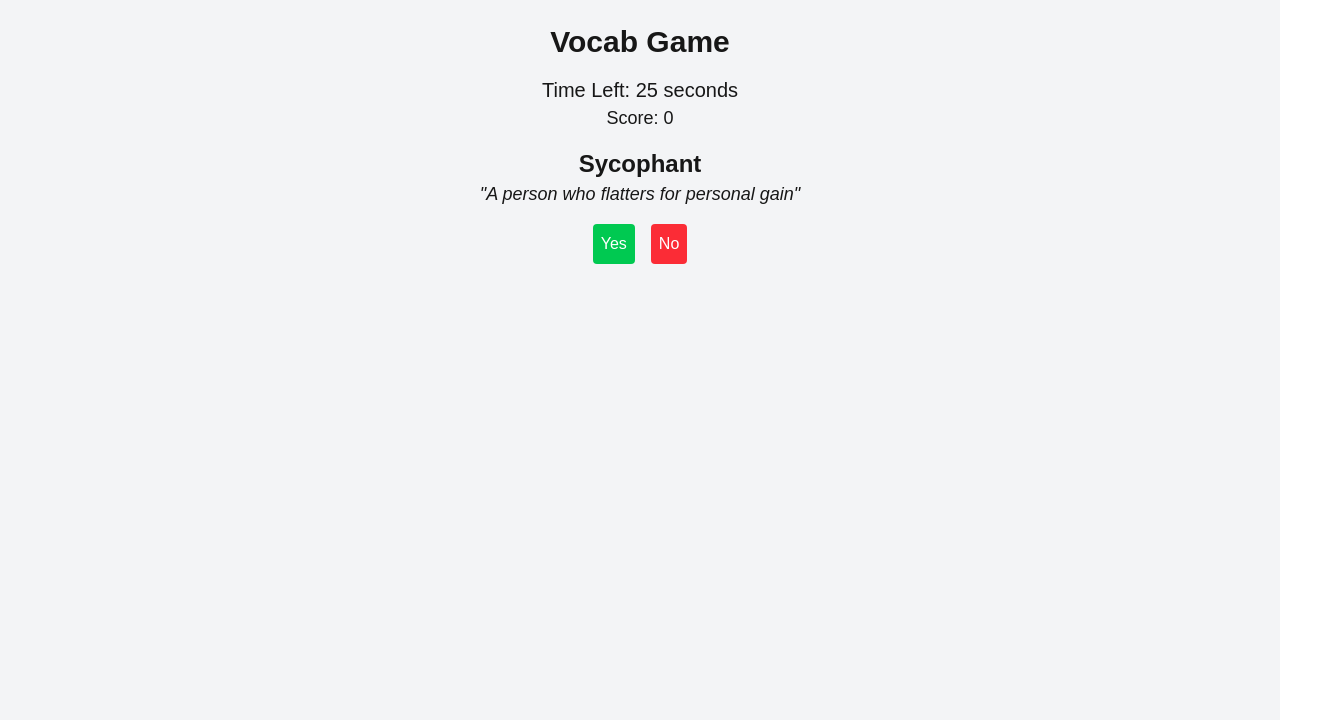
Repository: oxniw/bio-vocab
Page: /game
The author's editor kept a copy of each file at every save. The page is drawn from the files as they stood at one save, then again after a run of saves.
The browser window is 1280 px wide. The page is 1280 px wide, then 1340 px, then 1280 px, so the pictures cover 1340 px, including what lies to the right of the window. The pictures show the whole page.
The project was rebuilt for these pictures with package versions that can differ from the ones it lists, and the page was loaded fresh each time. The framework's server and built-in components were replaced by stand-ins that run in the browser. Also part of the build but not shown: next.config.ts.

Above is the page before, as saved 2025-04-03 22:11:20.

### src/app/game/page.jsx
'use client';

import { useState, useEffect } from 'react';

const words = [
  { word: 'Ephemeral', definition: 'Lasting a very short time' },
  { word: 'Tenacious', definition: 'Holding fast; persistent' },
  { word: 'Ineffable', definition: 'Too great to be expressed in words' },
  { word: 'Sycophant', definition: 'A person who flatters for personal gain' },
  { word: 'Pernicious', definition: 'Having a harmful effect' }
];

export default function VocabGame() {
  const [currentWord, setCurrentWord] = useState('');
  const [currentDef, setCurrentDef] = useState('');
  const [score, setScore] = useState(0);
  const [timeLeft, setTimeLeft] = useState(30);
  const [gameOver, setGameOver] = useState(false);

  useEffect(() => {
    startGame();
  }, []);

  useEffect(() => {
    if (timeLeft > 0) {
      const timer = setTimeout(() => setTimeLeft(timeLeft - 1), 1000);
      return () => clearTimeout(timer);
    } else {
      setGameOver(true);
    }
  }, [timeLeft]);

  function getNewWord() {
    const wordObj = words[Math.floor(Math.random() * words.length)];
    const useCorrectDef = Math.random() > 0.5;
    setCurrentWord(wordObj.word);
    setCurrentDef(useCorrectDef ? wordObj.definition : words[Math.floor(Math.random() * words.length)].definition);
  }

  function startGame() {
    setScore(0);
    setTimeLeft(30);
    setGameOver(false);
    getNewWord();
  }

  function handleAnswer(isCorrect) {
    if (!gameOver) {
      const correctDef = words.find(w => w.word === currentWord).definition === currentDef;
      setScore(prev => prev + (correctDef === isCorrect ? 1 : -1));
      getNewWord();
    }
  }

  return (
    <div className="flex flex-col items-center p-6 bg-gray-100 min-h-screen ">

      <h1 className="text-3xl font-bold mb-4">Vocab Game</h1>
      <p className="text-xl">Time Left: {timeLeft} seconds</p>
      <p className="text-lg">Score: {score}</p>
      {gameOver ? (
        <button className="mt-4 p-2 bg-blue-500 text-white rounded" onClick={startGame}>
          Restart Game
        </button>
      ) : (
        <>
          <p className="text-2xl font-semibold mt-4">{currentWord}</p>
          <p className="text-lg italic mb-4">"{currentDef}"</p>
          <div className="flex gap-4">
            <button className="p-2 bg-green-500 text-white rounded" onClick={() => handleAnswer(true)}>
              Yes
            </button>
            <button className="p-2 bg-red-500 text-white rounded" onClick={() => handleAnswer(false)}>
              No
            </button>
          </div>
        </>
      )}
    </div>
  );
}

Loaded but not shown: src/app/layout.tsx (common file); src/app/globals.css (common file)

After the next 2 saves:
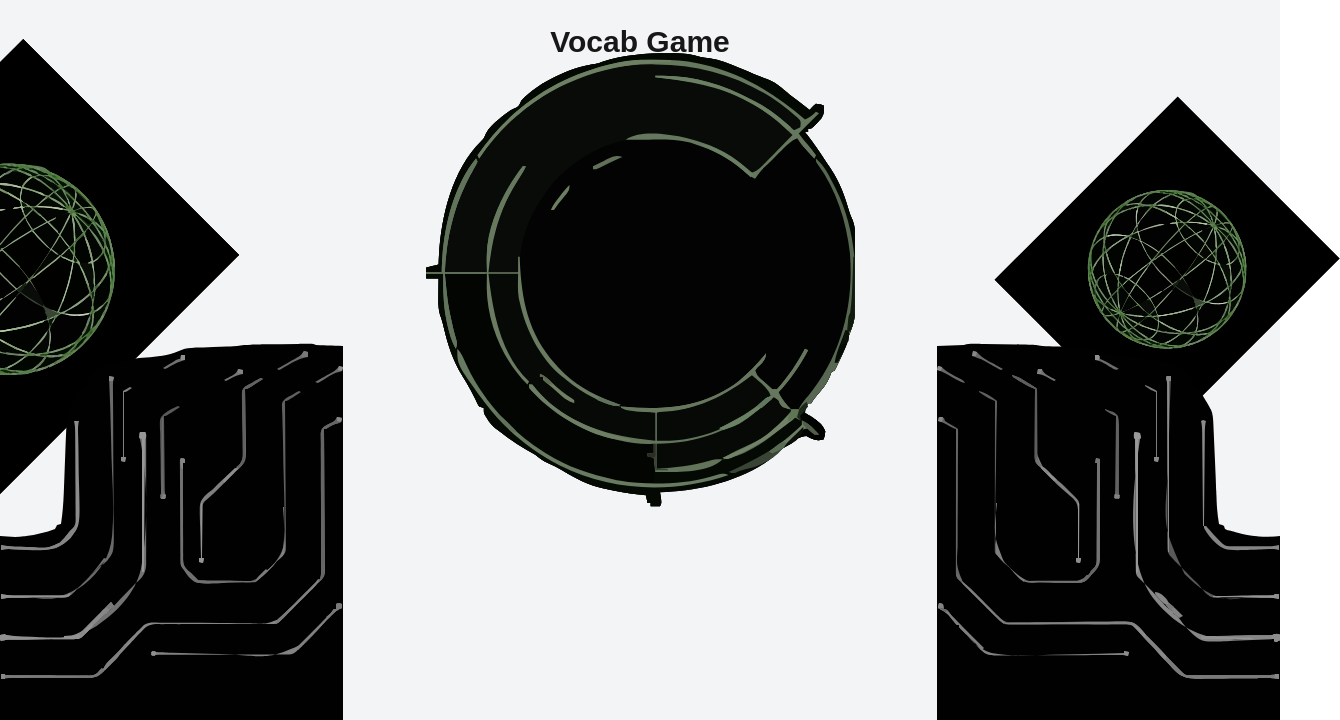
The 2 saves are shown as one change because 1 did not build or start.
The last was saved 30 s later.
--- a/src/app/game/page.jsx
+++ b/src/app/game/page.jsx
@@ -1,7 +1,7 @@
 'use client';
 
 import { useState, useEffect } from 'react';
-
+import Image from "next/image";
 const words = [
   { word: 'Ephemeral', definition: 'Lasting a very short time' },
   { word: 'Tenacious', definition: 'Holding fast; persistent' },
@@ -54,7 +54,46 @@
 
   return (
     <div className="flex flex-col items-center p-6 bg-gray-100 min-h-screen ">
-
+        <Image
+      className="absolute top-24 -left-36 rotate-45"
+      src="/com/cysphere.svg"
+      alt="Next.js logo"
+      width={612/2 }
+      height={408/2 }
+      priority
+      />
+      <Image
+      className="absolute top-24 -right-10 rotate-45 scale-75"
+      src="/com/cysphere.svg"
+      alt="Next.js logo"
+      width={612/2 }
+      height={408/2 }
+      priority
+      />
+      <Image
+      className="absolute bottom-0 left-0 "
+      src="/com/cyd3.svg"
+      alt="Next.js logo"
+      width={343 }
+      height={411 }
+      priority
+      />
+      <Image
+      className="absolute bottom-0 right-0 "
+      src="/com/cy2d.svg"
+      alt="Next.js logo"
+      width={343 }
+      height={411 }
+      priority
+      />
+      <Image
+      className="absolute scale-125"
+      src="/com/cy4d.svg"
+      alt="Next.js logo"
+      width={343 }
+      height={411 }
+      priority
+      />
       <h1 className="text-3xl font-bold mb-4">Vocab Game</h1>
       <p className="text-xl">Time Left: {timeLeft} seconds</p>
       <p className="text-lg">Score: {score}</p>

After the 3 saves that followed:
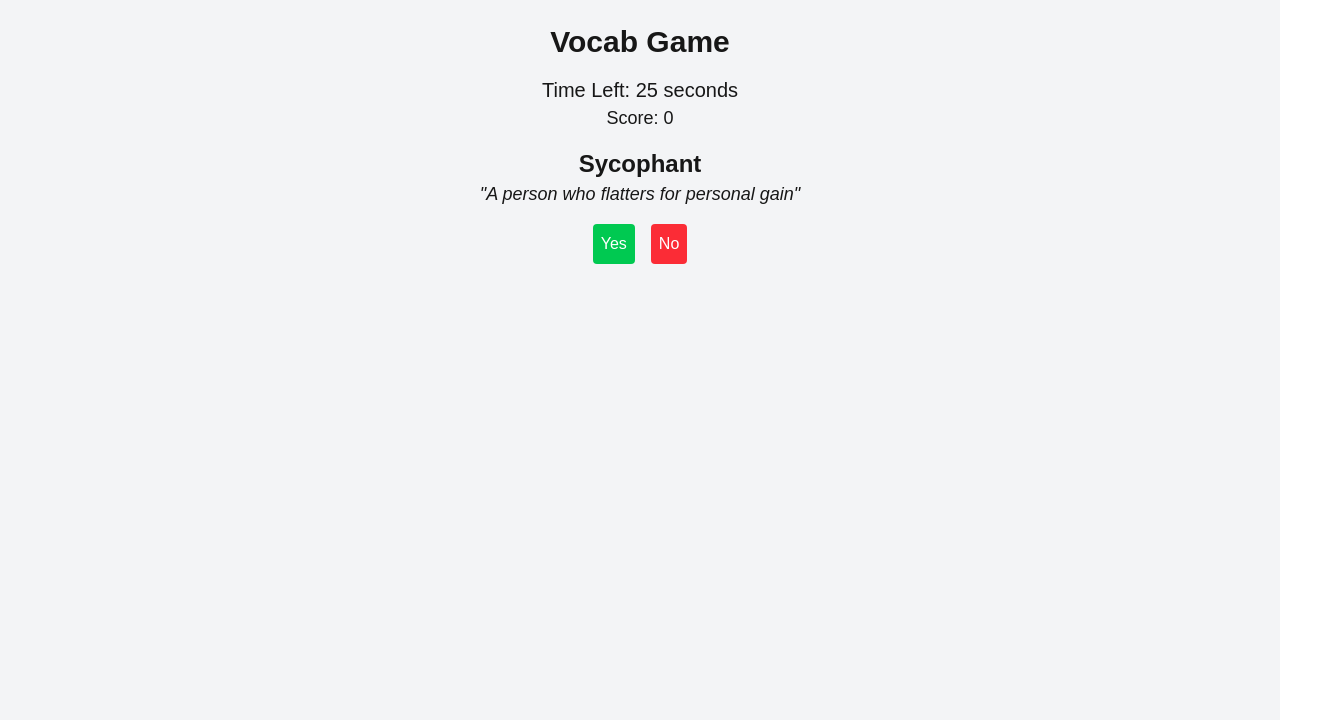
The 3 saves are shown as one change because 2 left the picture as it was.
The last was saved 79 s later.
--- a/src/app/game/page.jsx
+++ b/src/app/game/page.jsx
@@ -1,7 +1,7 @@
 'use client';
 
 import { useState, useEffect } from 'react';
-import Image from "next/image";
+import Image from 'next/image';
 const words = [
   { word: 'Ephemeral', definition: 'Lasting a very short time' },
   { word: 'Tenacious', definition: 'Holding fast; persistent' },
@@ -54,46 +54,7 @@
 
   return (
     <div className="flex flex-col items-center p-6 bg-gray-100 min-h-screen ">
-        <Image
-      className="absolute top-24 -left-36 rotate-45"
-      src="/com/cysphere.svg"
-      alt="Next.js logo"
-      width={612/2 }
-      height={408/2 }
-      priority
-      />
-      <Image
-      className="absolute top-24 -right-10 rotate-45 scale-75"
-      src="/com/cysphere.svg"
-      alt="Next.js logo"
-      width={612/2 }
-      height={408/2 }
-      priority
-      />
-      <Image
-      className="absolute bottom-0 left-0 "
-      src="/com/cyd3.svg"
-      alt="Next.js logo"
-      width={343 }
-      height={411 }
-      priority
-      />
-      <Image
-      className="absolute bottom-0 right-0 "
-      src="/com/cy2d.svg"
-      alt="Next.js logo"
-      width={343 }
-      height={411 }
-      priority
-      />
-      <Image
-      className="absolute scale-125"
-      src="/com/cy4d.svg"
-      alt="Next.js logo"
-      width={343 }
-      height={411 }
-      priority
-      />
+
       <h1 className="text-3xl font-bold mb-4">Vocab Game</h1>
       <p className="text-xl">Time Left: {timeLeft} seconds</p>
       <p className="text-lg">Score: {score}</p>
